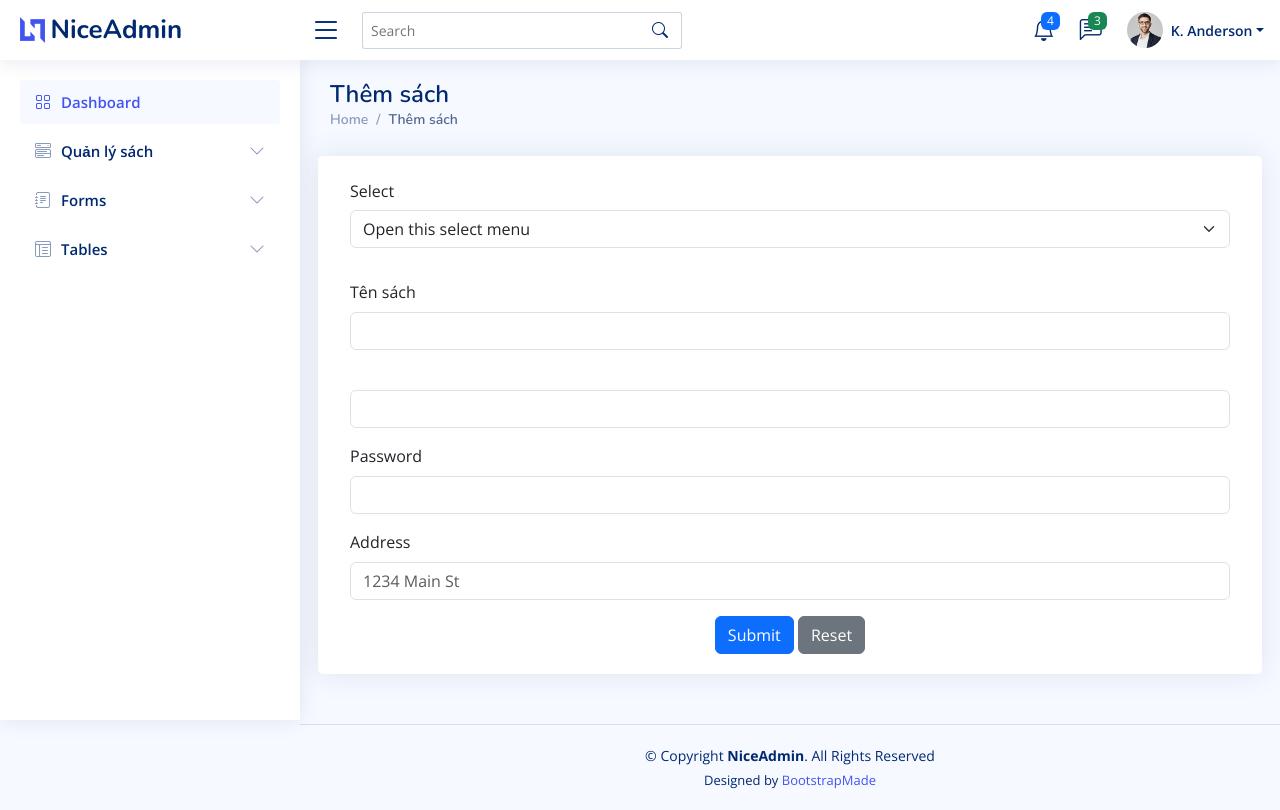
Repository: Hoainam7895123/library_manager
Page: http://localhost/library_manager/addBook.jsp
The author's editor kept a copy of each file at every save. The page is drawn from the files as they stood at one save, then again after the next save.
The browser window is 1280 px wide. The pictures show the whole page.
The page is served by Tomcat 9. Other server files are loaded and not shown.

Above is the page before, as saved 2024-06-06 01:16:51.

### library_manager/src/main/webapp/addBook.jsp
<%@page import="java.util.ArrayList"%>
<%@page import="model.Book"%>
<%@ page language="java" contentType="text/html; charset=UTF-8"
	pageEncoding="UTF-8"%>
<!DOCTYPE html>
<html lang="en">

<head>
<meta charset="utf-8">
<meta content="width=device-width, initial-scale=1.0" name="viewport">

<title>Dashboard - NiceAdmin Bootstrap Template</title>
<meta content="" name="description">
<meta content="" name="keywords">

<!-- Favicons -->
<link href="/img/favicon.png" rel="icon">
<link href="/img/apple-touch-icon.png" rel="apple-touch-icon">

<!-- Google Fonts -->
<link href="https://fonts.gstatic.com" rel="preconnect">
<link
	href="https://fonts.googleapis.com/css?family=Open+Sans:300,300i,400,400i,600,600i,700,700i|Nunito:300,300i,400,400i,600,600i,700,700i|Poppins:300,300i,400,400i,500,500i,600,600i,700,700i"
	rel="stylesheet">

<!-- Vendor CSS Files -->
<link href="css/bootstrap.min.css" rel="stylesheet">
<link href="css/bootstrap-icons/bootstrap-icons.css" rel="stylesheet">
<link href="css/boxicons.min.css" rel="stylesheet">
<link href="css/quill.snow.css" rel="stylesheet">
<link href="css/quill.bubble.css" rel="stylesheet">
<link href="css/remixicon.css" rel="stylesheet">
<link href="css/style.css" rel="stylesheet">

<!-- Template Main CSS File -->
<link href="css/stylex.css" rel="stylesheet">

<!-- =======================================================
  * Template Name: NiceAdmin
  * Template URL: https://bootstrapmade.com/nice-admin-bootstrap-admin-html-template/
  * Updated: Apr 20 2024 with Bootstrap v5.3.3
  * Author: BootstrapMade.com
  * License: https://bootstrapmade.com/license/
  ======================================================== -->
</head>

<body>

	<!-- ======= Header ======= -->
	<header id="header" class="header fixed-top d-flex align-items-center">

		<div class="d-flex align-items-center justify-content-between">
			<a href="index.html" class="logo d-flex align-items-center"> <img
				src="assets/img/logo.png" alt=""> <span
				class="d-none d-lg-block">NiceAdmin</span>
			</a> <i class="bi bi-list toggle-sidebar-btn"></i>
		</div>
		<!-- End Logo -->

		<div class="search-bar">
			<form class="search-form d-flex align-items-center" method="POST"
				action="#">
				<input type="text" name="query" placeholder="Search"
					title="Enter search keyword">
				<button type="submit" title="Search">
					<i class="bi bi-search"></i>
				</button>
			</form>
		</div>
		<!-- End Search Bar -->

		<nav class="header-nav ms-auto">
			<ul class="d-flex align-items-center">

				<li class="nav-item d-block d-lg-none"><a
					class="nav-link nav-icon search-bar-toggle " href="#"> <i
						class="bi bi-search"></i>
				</a></li>
				<!-- End Search Icon-->

				<li class="nav-item dropdown"><a class="nav-link nav-icon"
					href="#" data-bs-toggle="dropdown"> <i class="bi bi-bell"></i>
						<span class="badge bg-primary badge-number">4</span>
				</a> <!-- End Notification Icon -->

					<ul
						class="dropdown-menu dropdown-menu-end dropdown-menu-arrow notifications">
						<li class="dropdown-header">You have 4 new notifications <a
							href="#"><span class="badge rounded-pill bg-primary p-2 ms-2">View
									all</span></a>
						</li>
						<li>
							<hr class="dropdown-divider">
						</li>

						<li class="notification-item"><i
							class="bi bi-exclamation-circle text-warning"></i>
							<div>
								<h4>Lorem Ipsum</h4>
								<p>Quae dolorem earum veritatis oditseno</p>
								<p>30 min. ago</p>
							</div></li>

						<li>
							<hr class="dropdown-divider">
						</li>

						<li class="notification-item"><i
							class="bi bi-x-circle text-danger"></i>
							<div>
								<h4>Atque rerum nesciunt</h4>
								<p>Quae dolorem earum veritatis oditseno</p>
								<p>1 hr. ago</p>
							</div></li>

						<li>
							<hr class="dropdown-divider">
						</li>

						<li class="notification-item"><i
							class="bi bi-check-circle text-success"></i>
							<div>
								<h4>Sit rerum fuga</h4>
								<p>Quae dolorem earum veritatis oditseno</p>
								<p>2 hrs. ago</p>
							</div></li>

						<li>
							<hr class="dropdown-divider">
						</li>

						<li class="notification-item"><i
							class="bi bi-info-circle text-primary"></i>
							<div>
								<h4>Dicta reprehenderit</h4>
								<p>Quae dolorem earum veritatis oditseno</p>
								<p>4 hrs. ago</p>
							</div></li>

						<li>
							<hr class="dropdown-divider">
						</li>
						<li class="dropdown-footer"><a href="#">Show all
								notifications</a></li>

					</ul> <!-- End Notification Dropdown Items --></li>
				<!-- End Notification Nav -->

				<li class="nav-item dropdown"><a class="nav-link nav-icon"
					href="#" data-bs-toggle="dropdown"> <i
						class="bi bi-chat-left-text"></i> <span
						class="badge bg-success badge-number">3</span>
				</a> <!-- End Messages Icon -->

					<ul
						class="dropdown-menu dropdown-menu-end dropdown-menu-arrow messages">
						<li class="dropdown-header">You have 3 new messages <a
							href="#"><span class="badge rounded-pill bg-primary p-2 ms-2">View
									all</span></a>
						</li>
						<li>
							<hr class="dropdown-divider">
						</li>

						<li class="message-item"><a href="#"> <img
								src="assets/img/messages-1.jpg" alt="" class="rounded-circle">
								<div>
									<h4>Maria Hudson</h4>
									<p>Velit asperiores et ducimus soluta repudiandae labore
										officia est ut...</p>
									<p>4 hrs. ago</p>
								</div>
						</a></li>
						<li>
							<hr class="dropdown-divider">
						</li>

						<li class="message-item"><a href="#"> <img
								src="assets/img/messages-2.jpg" alt="" class="rounded-circle">
								<div>
									<h4>Anna Nelson</h4>
									<p>Velit asperiores et ducimus soluta repudiandae labore
										officia est ut...</p>
									<p>6 hrs. ago</p>
								</div>
						</a></li>
						<li>
							<hr class="dropdown-divider">
						</li>

						<li class="message-item"><a href="#"> <img
								src="assets/img/messages-3.jpg" alt="" class="rounded-circle">
								<div>
									<h4>David Muldon</h4>
									<p>Velit asperiores et ducimus soluta repudiandae labore
										officia est ut...</p>
									<p>8 hrs. ago</p>
								</div>
						</a></li>
						<li>
							<hr class="dropdown-divider">
						</li>

						<li class="dropdown-footer"><a href="#">Show all messages</a>
						</li>

					</ul> <!-- End Messages Dropdown Items --></li>
				<!-- End Messages Nav -->

				<li class="nav-item dropdown pe-3"><a
					class="nav-link nav-profile d-flex align-items-center pe-0"
					href="#" data-bs-toggle="dropdown"> <img
						src="assets/img/profile-img.jpg" alt="Profile"
						class="rounded-circle"> <span
						class="d-none d-md-block dropdown-toggle ps-2">K. Anderson</span>
				</a> <!-- End Profile Iamge Icon -->

					<ul
						class="dropdown-menu dropdown-menu-end dropdown-menu-arrow profile">
						<li class="dropdown-header">
							<h6>Kevin Anderson</h6> <span>Web Designer</span>
						</li>
						<li>
							<hr class="dropdown-divider">
						</li>

						<li><a class="dropdown-item d-flex align-items-center"
							href="users-profile.html"> <i class="bi bi-person"></i> <span>My
									Profile</span>
						</a></li>
						<li>
							<hr class="dropdown-divider">
						</li>

						<li><a class="dropdown-item d-flex align-items-center"
							href="users-profile.html"> <i class="bi bi-gear"></i> <span>Account
									Settings</span>
						</a></li>
						<li>
							<hr class="dropdown-divider">
						</li>

						<li><a class="dropdown-item d-flex align-items-center"
							href="pages-faq.html"> <i class="bi bi-question-circle"></i>
								<span>Need Help?</span>
						</a></li>
						<li>
							<hr class="dropdown-divider">
						</li>

						<li><a class="dropdown-item d-flex align-items-center"
							href="#"> <i class="bi bi-box-arrow-right"></i> <span>Sign
									Out</span>
						</a></li>

					</ul> <!-- End Profile Dropdown Items --></li>
				<!-- End Profile Nav -->

			</ul>
		</nav>
		<!-- End Icons Navigation -->

	</header>
	<!-- End Header -->

	<!-- ======= Sidebar ======= -->
	<aside id="sidebar" class="sidebar">

		<ul class="sidebar-nav" id="sidebar-nav">

			<li class="nav-item"><a class="nav-link " href="index.html">
					<i class="bi bi-grid"></i> <span>Dashboard</span>
			</a></li>
			<!-- End Dashboard Nav -->

			<li class="nav-item"><a class="nav-link collapsed"
				data-bs-target="#components-nav" data-bs-toggle="collapse" href="#">
					<i class="bi bi-menu-button-wide"></i><span>Quản lý sách</span><i
					class="bi bi-chevron-down ms-auto"></i>
			</a>
				<ul id="components-nav" class="nav-content collapse "
					data-bs-parent="#sidebar-nav">
					<li><a href="components-alerts.html"> <i
							class="bi bi-circle"></i><span>Alerts</span>
					</a></li>
					<li><a href="components-accordion.html"> <i
							class="bi bi-circle"></i><span>Accordion</span>
					</a></li>
					<li><a href="components-badges.html"> <i
							class="bi bi-circle"></i><span>Badges</span>
					</a></li>
				</ul></li>
			<!-- End Components Nav -->

			<li class="nav-item"><a class="nav-link collapsed"
				data-bs-target="#forms-nav" data-bs-toggle="collapse" href="#">
					<i class="bi bi-journal-text"></i><span>Forms</span><i
					class="bi bi-chevron-down ms-auto"></i>
			</a>
				<ul id="forms-nav" class="nav-content collapse "
					data-bs-parent="#sidebar-nav">
					<li><a href="forms-elements.html"> <i class="bi bi-circle"></i><span>Form
								Elements</span>
					</a></li>
					<li><a href="forms-layouts.html"> <i class="bi bi-circle"></i><span>Form
								Layouts</span>
					</a></li>
				</ul></li>
			<!-- End Forms Nav -->

			<li class="nav-item"><a class="nav-link collapsed"
				data-bs-target="#tables-nav" data-bs-toggle="collapse" href="#">
					<i class="bi bi-layout-text-window-reverse"></i><span>Tables</span><i
					class="bi bi-chevron-down ms-auto"></i>
			</a>
				<ul id="tables-nav" class="nav-content collapse "
					data-bs-parent="#sidebar-nav">
					<li><a href="tables-general.html"> <i class="bi bi-circle"></i><span>General
								Tables</span>
					</a></li>
					<li><a href="tables-data.html"> <i class="bi bi-circle"></i><span>Data
								Tables</span>
					</a></li>
				</ul></li>
			<!-- End Tables Nav -->

		</ul>

	</aside>
	<!-- End Sidebar-->

	<main id="main" class="main">

		<div class="pagetitle">
			<div class="row">
				<div class="col-10">
					<h1>Thêm sách</h1>
					<nav>
						<ol class="breadcrumb">
							<li class="breadcrumb-item"><a href="index.html">Home</a></li>
							<li class="breadcrumb-item active">Thêm sách</li>
						</ol>
					</nav>
				</div>
				<div class="col-2">
				</div>
			</div>
		</div>
		<!-- End Page Title -->

		<section class="section dashboard">
			<div class="row">
				<!-- Vertical Form -->
				<div class="card">
					<div class="card-body">
						<!-- Vertical Form -->
						<form class="row g-3">
							<div class="col-12 pt-3">
								<label class="col-sm-2 col-form-label">Select</label>
									<select class="form-select" aria-label="Default select example">
										<option selected>Open this select menu</option>
										<option value="1">One</option>
										<option value="2">Two</option>
										<option value="3">Three</option>
									</select>
							</div>
							<div class="col-12 pt-3">
								<label for="inputNanme4" class="form-label">Tên sách</label> <input
									type="text" class="form-control" id="inputNanme4">
							</div>
							<div class="col-12">
								<label for="inputEmail4" class="form-label"></label> <input
									type="email" class="form-control" id="inputEmail4">
							</div>
							<div class="col-12">
								<label for="inputPassword4" class="form-label">Password</label>
								<input type="password" class="form-control" id="inputPassword4">
							</div>
							<div class="col-12">
								<label for="inputAddress" class="form-label">Address</label> <input
									type="text" class="form-control" id="inputAddress"
									placeholder="1234 Main St">
							</div>
							<div class="text-center">
								<button type="submit" class="btn btn-primary">Submit</button>
								<button type="reset" class="btn btn-secondary">Reset</button>
							</div>
						</form>
						<!-- Vertical Form -->

					</div>
				</div>
			</div>
		</section>

	</main>
	<!-- End #main -->

	<!-- ======= Footer ======= -->
	<footer id="footer" class="footer">
		<div class="copyright">
			&copy; Copyright <strong><span>NiceAdmin</span></strong>. All Rights
			Reserved
		</div>
		<div class="credits">
			<!-- All the links in the footer should remain intact. -->
			<!-- You can delete the links only if you purchased the pro version. -->
			<!-- Licensing information: https://bootstrapmade.com/license/ -->
			<!-- Purchase the pro version with working PHP/AJAX contact form: https://bootstrapmade.com/nice-admin-bootstrap-admin-html-template/ -->
			Designed by <a href="https://bootstrapmade.com/">BootstrapMade</a>
		</div>
	</footer>
	<!-- End Footer -->

	<a href="#"
		class="back-to-top d-flex align-items-center justify-content-center"><i
		class="bi bi-arrow-up-short"></i></a>

	<!-- Vendor JS Files -->
	<script src="${pageContext.request.contextPath}/js/apexcharts.min.js"></script>
	<script
		src="${pageContext.request.contextPath}/js/bootstrap.bundle.min.js"></script>

	<script src="/js/echarts.min.js"></script>

	<script src="/js/tinymce.min.js"></script>
	<script src="/js/validate.js"></script>
	<!-- Template Main JS File -->
	<script src="/js/main.js"></script>

</body>

</html>

### library_manager/src/main/webapp/css/style.css
.datatable-wrapper.no-header .datatable-container {
	border-top: 1px solid #d9d9d9;
}

.datatable-wrapper.no-footer .datatable-container {
	border-bottom: 1px solid #d9d9d9;
}

.datatable-top,
.datatable-bottom {
	padding: 8px 10px;
}

.datatable-top > nav:first-child,
.datatable-top > div:first-child,
.datatable-bottom > nav:first-child,
.datatable-bottom > div:first-child {
	float: left;
}

.datatable-top > nav:last-child,
.datatable-top > div:not(first-child),
.datatable-bottom > nav:last-child,
.datatable-bottom > div:last-child {
	float: right;
}

.datatable-selector {
	padding: 6px;
}

.datatable-input {
	padding: 6px 12px;
}

.datatable-info {
	margin: 7px 0;
}

/* PAGER */
.datatable-pagination ul {
	margin: 0;
	padding-left: 0;
}

.datatable-pagination li {
	list-style: none;
	float: left;
}

.datatable-pagination li.datatable-hidden {
    visibility: hidden;
}

.datatable-pagination a,
.datatable-pagination button {
	border: 1px solid transparent;
	float: left;
	margin-left: 2px;
	padding: 6px 12px;
	position: relative;
	text-decoration: none;
	color: #333;
    cursor: pointer;
}

.datatable-pagination a:hover,
.datatable-pagination button:hover {
	background-color: #d9d9d9;
}

.datatable-pagination .datatable-active a,
.datatable-pagination .datatable-active a:focus,
.datatable-pagination .datatable-active a:hover,
.datatable-pagination .datatable-active button,
.datatable-pagination .datatable-active button:focus,
.datatable-pagination .datatable-active button:hover {
	background-color: #d9d9d9;
	cursor: default;
}

.datatable-pagination .datatable-ellipsis a,
.datatable-pagination .datatable-disabled a,
.datatable-pagination .datatable-disabled a:focus,
.datatable-pagination .datatable-disabled a:hover,
.datatable-pagination .datatable-ellipsis button,
.datatable-pagination .datatable-disabled button,
.datatable-pagination .datatable-disabled button:focus,
.datatable-pagination .datatable-disabled button:hover {
    pointer-events: none;
    cursor: default;
}

.datatable-pagination .datatable-disabled a,
.datatable-pagination .datatable-disabled a:focus,
.datatable-pagination .datatable-disabled a:hover,
.datatable-pagination .datatable-disabled button,
.datatable-pagination .datatable-disabled button:focus,
.datatable-pagination .datatable-disabled button:hover {
	cursor: not-allowed;
	opacity: 0.4;
}

.datatable-pagination .datatable-pagination a,
.datatable-pagination .datatable-pagination button {
	font-weight: bold;
}

/* TABLE */
.datatable-table {
	max-width: 100%;
	width: 100%;
	border-spacing: 0;
	border-collapse: separate;
}

.datatable-table > tbody > tr > td,
.datatable-table > tbody > tr > th,
.datatable-table > tfoot > tr > td,
.datatable-table > tfoot > tr > th,
.datatable-table > thead > tr > td,
.datatable-table > thead > tr > th {
	vertical-align: top;
	padding: 8px 10px;
}

.datatable-table > thead > tr > th {
	vertical-align: bottom;
	text-align: left;
	border-bottom: 1px solid #d9d9d9;
}

.datatable-table > tfoot > tr > th {
	vertical-align: bottom;
	text-align: left;
	border-top: 1px solid #d9d9d9;
}

.datatable-table th {
	vertical-align: bottom;
	text-align: left;
}

.datatable-table th a {
	text-decoration: none;
	color: inherit;
}

.datatable-table th button,
.datatable-pagination-list button {
    color: inherit;
    border: 0;
    background-color: inherit;
    cursor: pointer;
    text-align: inherit;
    font-weight: inherit;
    font-size: inherit;
}

.datatable-sorter, .datatable-filter {
	display: inline-block;
	height: 100%;
	position: relative;
	width: 100%;
}

.datatable-sorter::before,
.datatable-sorter::after {
	content: "";
	height: 0;
	width: 0;
	position: absolute;
	right: 4px;
	border-left: 4px solid transparent;
	border-right: 4px solid transparent;
	opacity: 0.2;
}


.datatable-sorter::before {
	border-top: 4px solid #000;
	bottom: 0px;
}

.datatable-sorter::after {
	border-bottom: 4px solid #000;
	border-top: 4px solid transparent;
	top: 0px;
}

.datatable-ascending .datatable-sorter::after,
.datatable-descending .datatable-sorter::before,
.datatable-ascending .datatable-filter::after,
.datatable-descending .datatable-filter::before {
	opacity: 0.6;
}

.datatable-filter::before {
    content: "";
    position: absolute;
    right: 4px;
    opacity: 0.2;
    width: 0;
    height: 0;
    border-left: 7px solid transparent;
    border-right: 7px solid transparent;
	border-radius: 50%;
    border-top: 10px solid #000;
    top: 25%;
}

.datatable-filter-active .datatable-filter::before {
    opacity: 0.6;
}

.datatable-empty {
	text-align: center;
}

.datatable-top::after, .datatable-bottom::after {
	clear: both;
	content: " ";
	display: table;
}

table.datatable-table:focus tr.datatable-cursor > td:first-child {
	border-left: 3px blue solid;
}

table.datatable-table:focus {
	outline: solid 1px black;
    outline-offset: -1px;
}

Loaded but not shown: library_manager/src/main/webapp/css/bootstrap.min.css (library); library_manager/src/main/webapp/css/bootstrap-icons/bootstrap-icons.css (library); library_manager/src/main/webapp/css/boxicons.min.css (library); library_manager/src/main/webapp/css/quill.snow.css (library); library_manager/src/main/webapp/css/quill.bubble.css (library); library_manager/src/main/webapp/js/apexcharts.min.js (library); library_manager/src/main/webapp/js/bootstrap.bundle.min.js (library); library_manager/src/main/webapp/js/echarts.min.js (library); library_manager/src/main/webapp/js/tinymce.min.js (library); library_manager/src/main/webapp/js/main.js (319 lines, source omitted); library_manager/src/main/webapp/js/validate.js (85 lines, source omitted); library_manager/src/main/webapp/css/remixicon.css (2895 lines, source omitted); library_manager/src/main/webapp/css/stylex.css (1233 lines, source omitted)

After the next save:
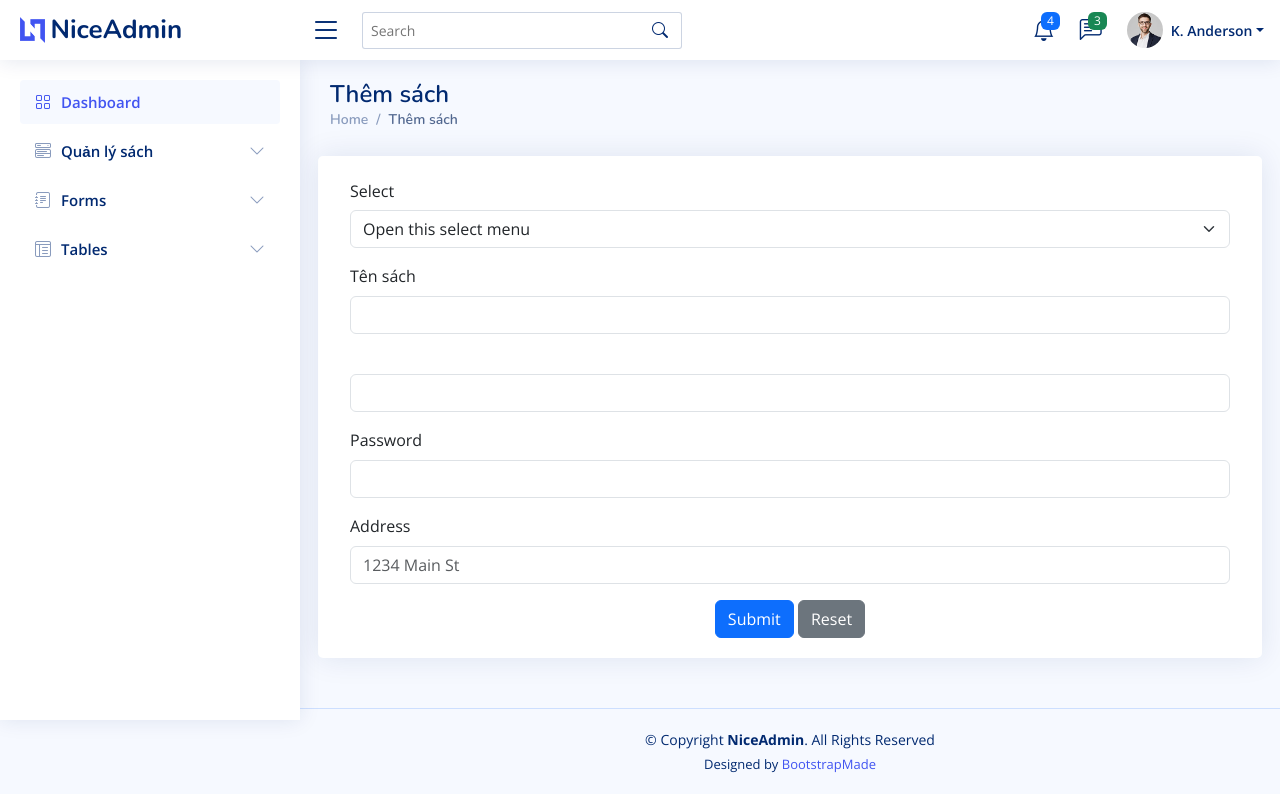
Saved 11 s later.
--- a/library_manager/src/main/webapp/addBook.jsp
+++ b/library_manager/src/main/webapp/addBook.jsp
@@ -364,7 +364,7 @@
 										<option value="3">Three</option>
 									</select>
 							</div>
-							<div class="col-12 pt-3">
+							<div class="col-12">
 								<label for="inputNanme4" class="form-label">Tên sách</label> <input
 									type="text" class="form-control" id="inputNanme4">
 							</div>
